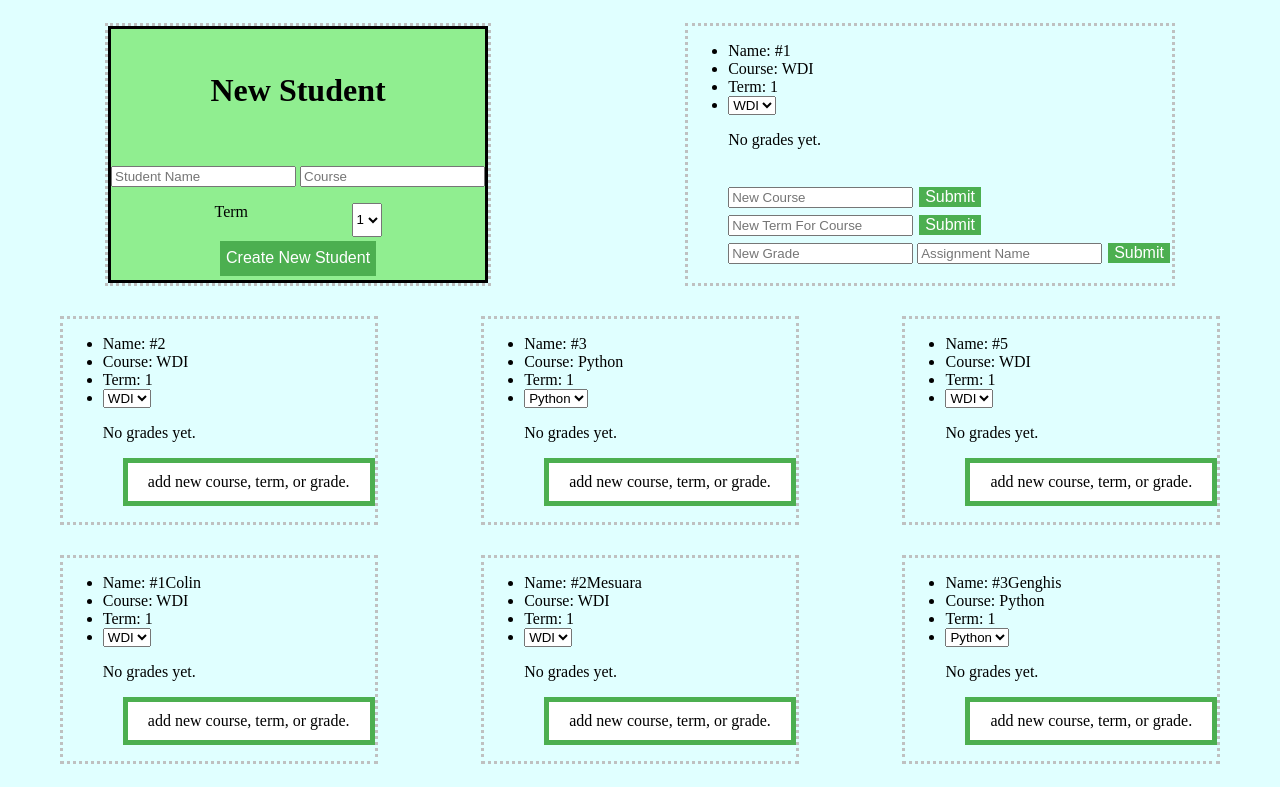
Repository: EdmontDantes/graderaide-fullstack-solution
Page: index.html
The author's editor kept a copy of each file at every save. The page is drawn from the files as they stood at one save, then again after the next save.
The browser window is 1280 px wide. The pictures show the whole page.

Above is the page before, as saved 2020-04-22 13:54:52.

After the next save:
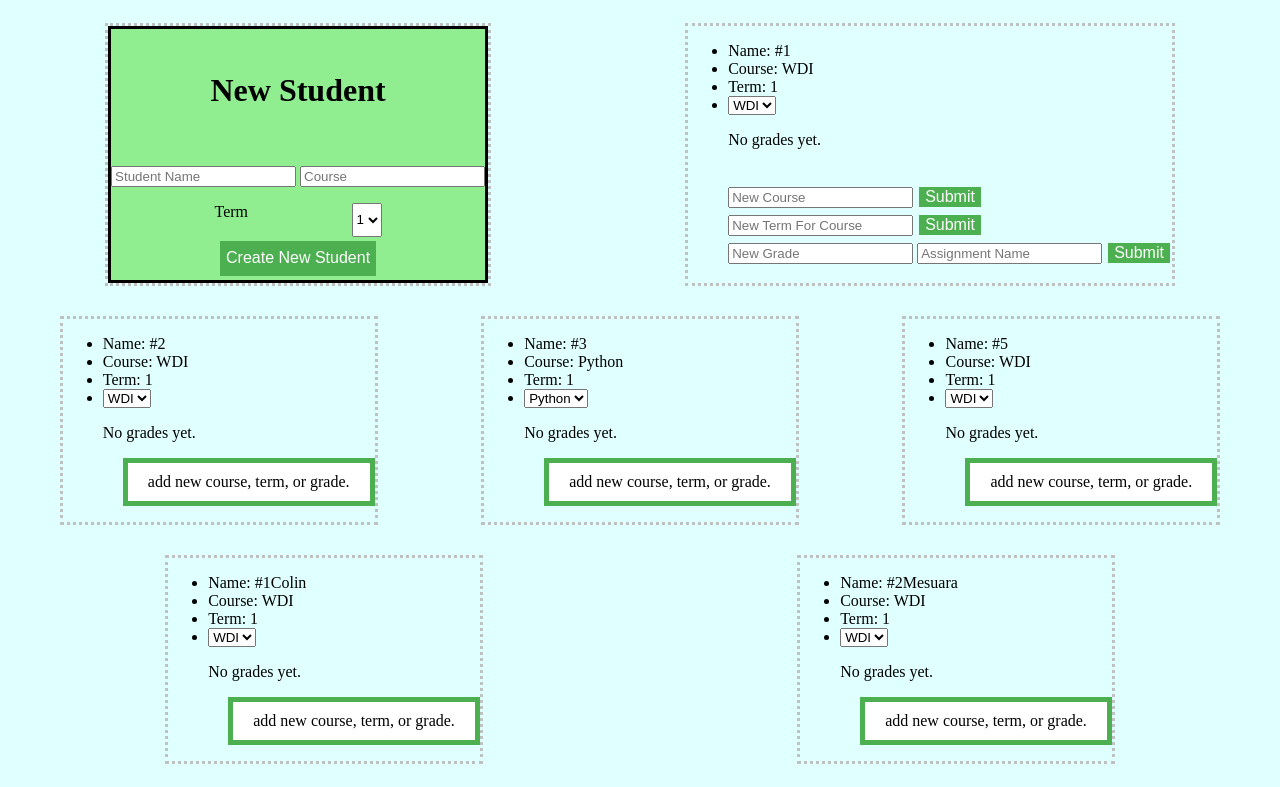
Saved 9 s later.
--- a/index.html
+++ b/index.html
@@ -137,19 +137,7 @@
         </ul>
       </section>
 
-      <section class="student-display">
-        <ul class="student-info">
-          <li>Name: #3Genghis</li>
-          <li>Course: Python</li>
-          <li>Term: 1</li>
-          <li>
-            <select class="course-selection">
-              <option value="python">Python</option>
-            </select>
-            <p>No grades yet.</p>
-          </li><a href="add.html">add new course, term, or grade.</a>
-        </ul>
-      </section>
+
 
 
 
